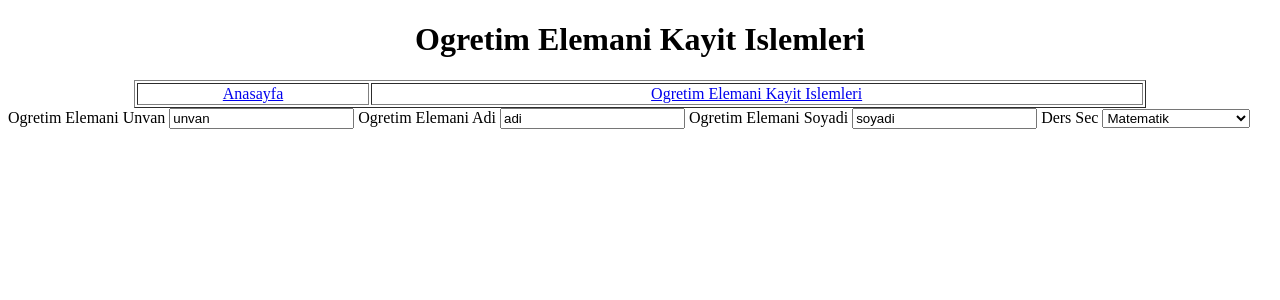
Repository: Egemen-ve-Burakhan-internet-final/final
Page: http://localhost/ogretim/ogretmen_kayit.jsp
These files come from the project's save history. The page is drawn as it stood at one moment and after a run of saves; the edit follows.
The browser window is 1280 px wide. The pictures show the whole page.
The page is served by Tomcat 9.

Above is the page before, as saved 2020-05-25 14:22:51.

After the next 2 saves:
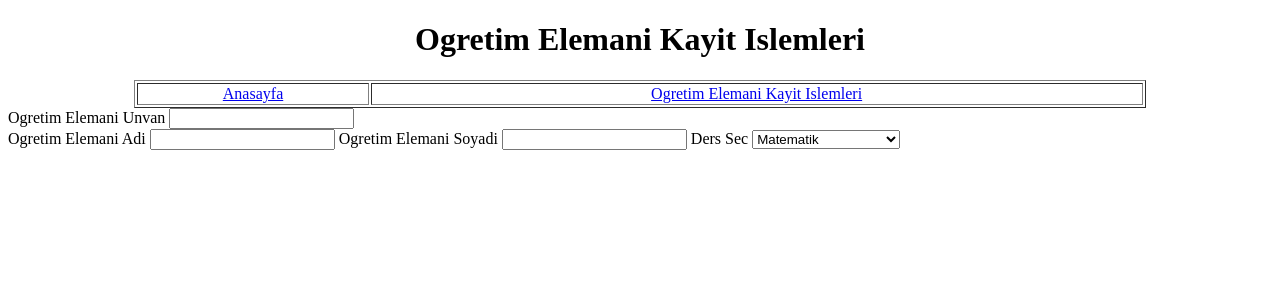
The 2 saves are shown as one change because they came seconds apart.
The last was saved 30 s later.
--- a/okul/ogretim/WebContent/ogretmen_kayit.jsp
+++ b/okul/ogretim/WebContent/ogretmen_kayit.jsp
@@ -23,13 +23,13 @@
 		<div>
 			<form>
 				<label>Ogretim Elemani Unvan</label>
-				<input type="text" name="unvan" value="unvan">
+				<input type="text" name="unvan"><br>
 
 				<label>Ogretim Elemani Adi</label>
-				<input type="text" name="adi" value="adi">
+				<input type="text" name="adi">
 
 				<label>Ogretim Elemani Soyadi</label>
-				<input type="text" name="soyadi" value="soyadi">
+				<input type="text" name="soyadi">
 
 				<label>Ders Sec</label>
 				 <select name="ders" id="ders">
